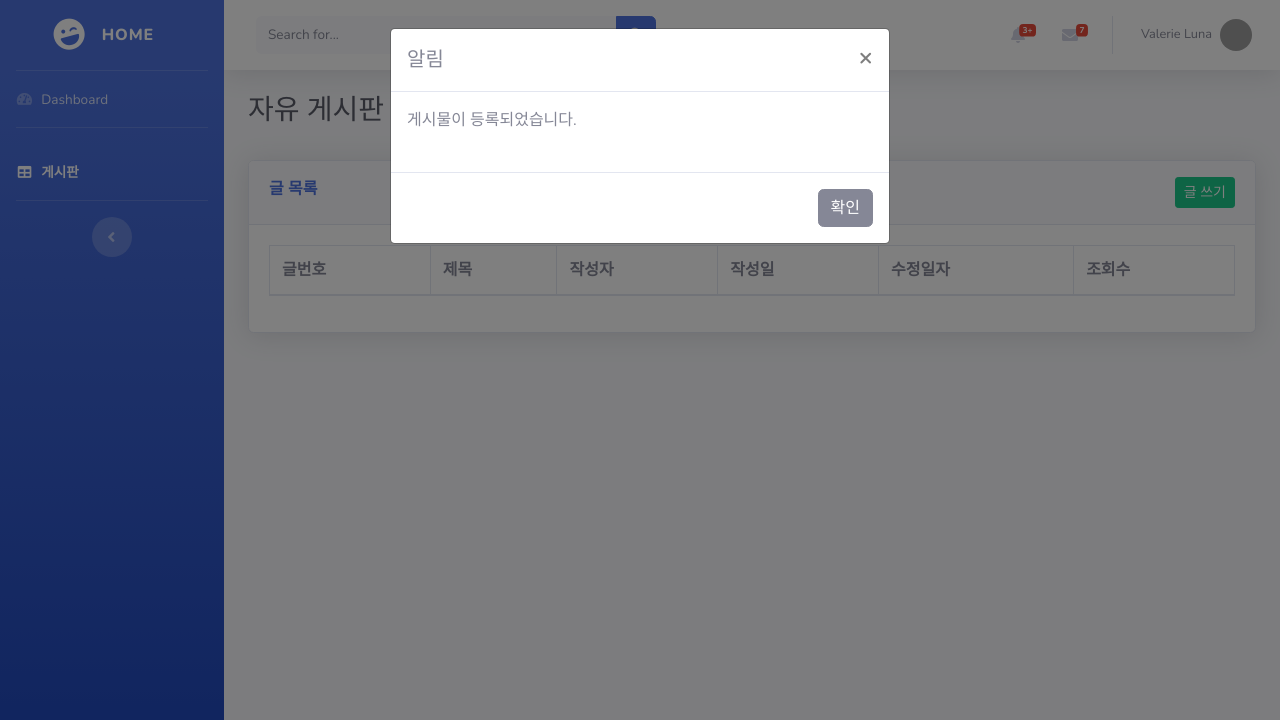
Repository: superThisMe/spring-basic
Page: http://localhost/06.spring-board-a/WEB-INF/views/board/list.jsp
An editor plug-in stored every save of this project. The page is shown before and after the next save, followed by the edit.
The browser window is 1280 px wide. The pictures show the whole page.
Pictures or frames that could not be fetched are drawn as grey boxes. The page is served by Tomcat 9. Nobody is signed in. The template is opened directly, without the code that normally fills it, so the values that code supplies are empty.

Above is the page before, as saved 2019-12-24 08:03:37.
Console error: TypeError: Cannot read properties of null (reading 'length')

After the next save:
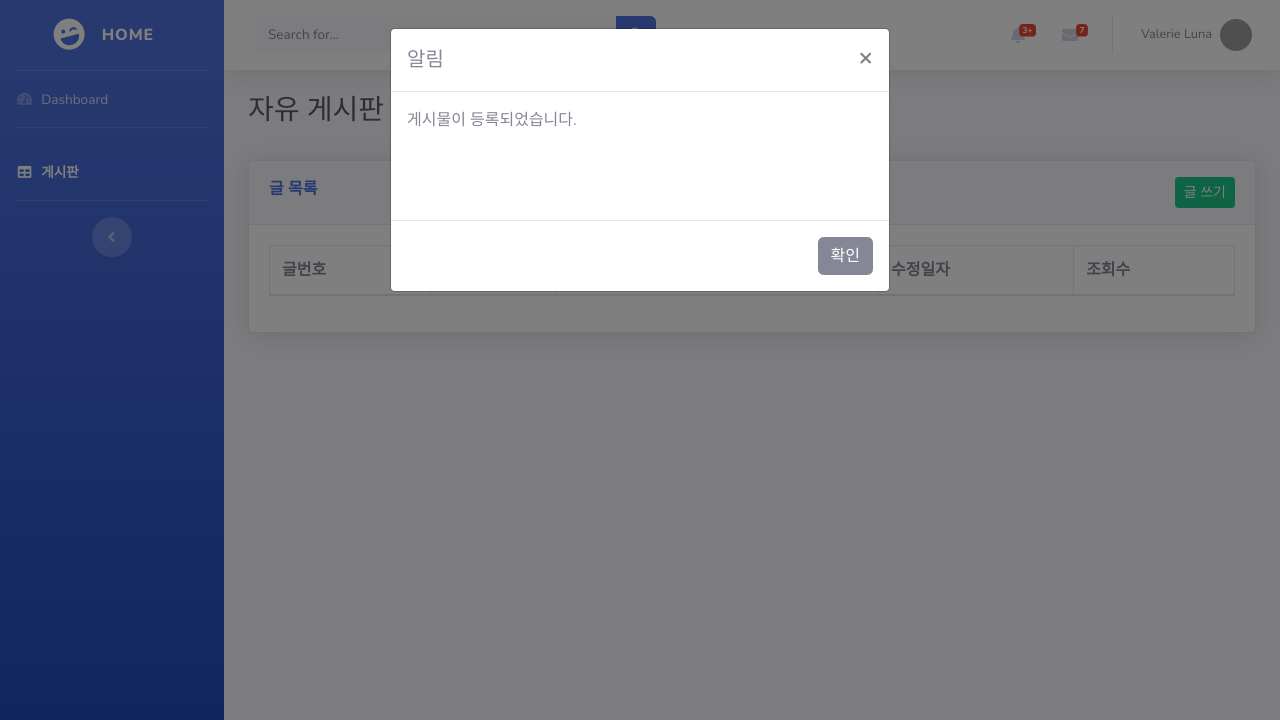
Saved 19 s later.
--- a/06.spring-board-a/src/main/webapp/WEB-INF/views/board/list.jsp
+++ b/06.spring-board-a/src/main/webapp/WEB-INF/views/board/list.jsp
@@ -115,7 +115,7 @@
 						<span aria-hidden="true">×</span>
 					</button>
 				</div>
-				<div class="modal-body">게시물이 등록되었습니다.<br><br></div>
+				<div class="modal-body">게시물이 등록되었습니다.<br><br><br><br></div>
 				<div class="modal-footer">
 					<button class="btn btn-secondary" type="button"
 						data-dismiss="modal">확인</button>
